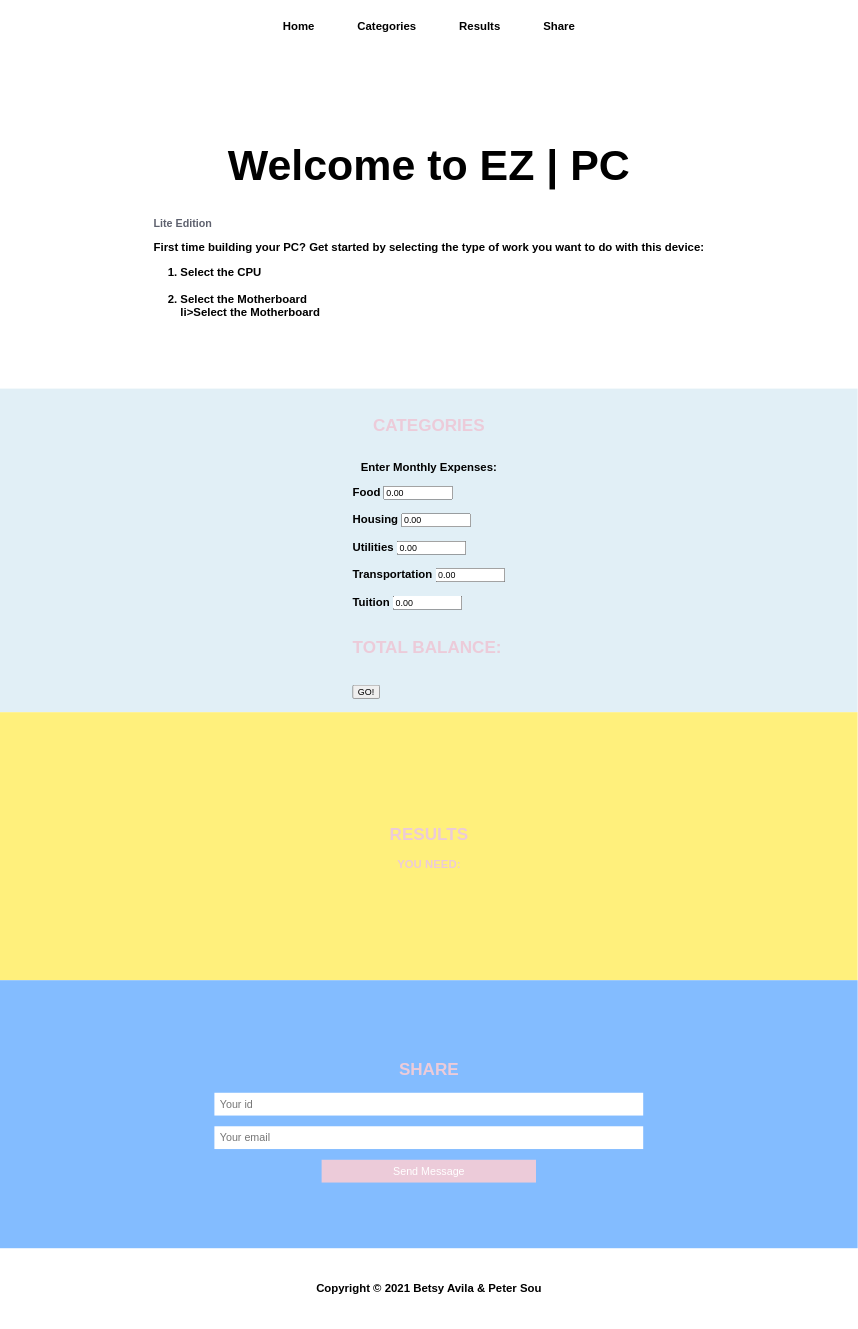
Repository: Peter-Sou/CSE-111-Project-1
Page: http://localhost/
These files come from the project's save history. The page is drawn as it stood at one moment and after a run of saves; the edit follows.
The browser window is 1280 px wide. The pictures show the whole page, at 67% of full size.
Some web fonts or font styles are not loaded; a fallback is used. The page is served by the project's application, run on Django 3.2 (manage.py). Other server files are loaded and not shown.

Above is the page before, as saved 2021-12-07 18:30:27.

### ezPC/EZPCAPP/templates/EZPCAPP/hi.html
{% load static %}
<!DOCTYPE html>
<html lang="en">
<head>
    <meta charset="UTF-8">
    <title>EZ | PC </title>
    <link rel="preconnect" href="https://fonts.gstatic.com">
    <link href="https://fonts.googleapis.com/css2?family=Josefin+Sans:wght@300&display=swap" rel="stylesheet">
    <!--Resposive meta tag to make this webpage page looking good on mobile browser-->
    <meta id="viewport" content="width=device-width, initial-scale=1.0">

    <link rel="shortcut icon" type="image/png" href="assets/favicon.png" />
    <!--Include styles.css file to this webpage-->
    <link rel="stylesheet" href ="{%static 'css/main.css' %}">
    <!--Include script.js file to this webpage-->
    {% comment %} <script type="module" src="script.js"></script> {% endcomment %}
</head>
<body>
    <nav>
		<a href = "#header">Home</a>
		<a href = '#Categories'>Categories</a>
		<a  href = '#Results'>Results</a>
		<a href = "#Share">Share</a>
    </nav>
    <header id = 'header'>
        <div>
            <h1>Welcome to EZ | PC</h1>
            <h3>Lite Edition</h3>
            <p>First time building your PC? Get started by selecting the type of work you want to do with this device: </p>
            <ol>
                <li>Select the CPU</li>
                <br>
                <li>Select the Motherboard</li>
                li>Select the Motherboard</li>
                </ol>
        </div>
        {% comment %} <img src="assets/profile_professional.jpg"> {% endcomment %}
	</header>
    <section id = 'Categories'>
	    <h2>Categories</h2>
		<p><strong>Enter Monthly Expenses:</strong> </p>

		<form>
		    <div>
			    <label for = "food">Food</label>
				<input type="number" id= "Food" min="0.00" step="0.01" max="30000" value="0.00" />
			</div>
			<br>
			<div>
			    <label for = "Housing">Housing</label>
				<input type="number" id="Housing" min="0.00" step="0.01" max="30000" value="0.00" />
			</div>
			<br>
			<div>
			    <label for = "Utilities">Utilities</label>
				<input type="number" id= "Utilities" min="0.00" step="0.01" max="30000" value="0.00" />
			</div>
			<br>
			<div>
			    <label for = "Transportation">Transportation</label>
				<input type="number" id= "Transportation" min="0.00" step="0.01" max="30000" value="0.00" />
			</div>
			<br>
			<div>
			    <label for = "Tuition">Tuition</label>
				<input type="number" id = "Tuition" min="0.00" step="0.01" max="30000" value="0.00" />
			</div>
			<br>
			<div>
			    <h2>Total Balance: </h2>
				<h2 id = "total"></h2>
            </div>
			<br>
            <button onclick = "CalcSum()">GO!</button>
		</form>

		</section>
		<section id = 'Results'>
			<div>
				<h2>Results</h2>
				<p id = "total">You need: </p>
			</div>
		</section>
		<section id = 'Share'>
			<h2>Share</h2>
			<form action = '/survey/checkout' method = 'post' enctype= "multipart/form-data">
				<input type="id" placeholder='Your id' required>
				<input type="email" placeholder='Your email' required>
				<button>Send Message</button>
				<input type='hidden' id='redirecturl' value='thankyou.html'>
				<input type='hidden' id='survey' value='Share'>
			</form>
		</section>

		<main></main>
		<footer id = "foot">
			<div>Copyright © 2021 Betsy Avila & Peter Sou</div>
		</footer>
	</body>

</html>

### ezPC/EZPCAPP/views.py
from django.shortcuts import render
from django.http import HttpResponse
def hi(request):
    return render(request,'EZPCAPP/hi.html')

### ezPC/ezPC/urls.py
"""ezPC URL Configuration

The `urlpatterns` list routes URLs to views. For more information please see:
    https://docs.djangoproject.com/en/3.2/topics/http/urls/
Examples:
Function views
    1. Add an import:  from my_app import views
    2. Add a URL to urlpatterns:  path('', views.home, name='home')
Class-based views
    1. Add an import:  from other_app.views import Home
    2. Add a URL to urlpatterns:  path('', Home.as_view(), name='home')
Including another URLconf
    1. Import the include() function: from django.urls import include, path
    2. Add a URL to urlpatterns:  path('blog/', include('blog.urls'))
"""
from django.contrib import admin
from django.urls import path, include


urlpatterns = [
    path('admin/', admin.site.urls),
    path('', include('EZPCAPP.urls'))
]

### ezPC/EZPCAPP/urls.py

from django.urls import path
from . import views

urlpatterns = [
    path('', views.hi, name="home-page"),
]

### ezPC/EZPCAPP/static/css/main.css
*{
	box-sizing: border-box;
}
html{
	scroll-behavior: smooth;
}

body {
	display:flex;
	flex-direction: column;
	align-items:center;
	justify-content:space-between;

	margin:0;
	padding:0;
	min-height:100vh;

	font-family: 'Josefin Sans', sans-serif;/*link href in the head tag*/
	font-size: 17px;
	font-weight:bold;
}

body > * {
	display: flex;
	align-items: center;
	justify-content:center;

}
nav{
	color: black;
	background-color: white;
	height:80px;
	width: 100%;

	max-width:500px;
	justify-content: space-around;
	flex-wrap: wrap;

	position: sticky;
	top:0;
}
/*select all a elements/tags in nav*/
nav a{
	text-decoration: none;
	color: black;
	margin: 0 12px;

}
nav > a{
	margin: 0 10px;
	color: black;
}

a: hover{
	color:#80ffe8;
}

header {
	color:black;
	background-color: white;
	height:500px;
	width:100%;
}
header h1 {
	font-size: 64px;
	text-align: center;
}

header h2 {
	font-size: 40px;
	margin: 0;
	color: #eccbd9;
	/* Make all of the characters to uppercase*/
	text-transform: uppercase;
}

header h3 {
	font-size: 16px;
	margin: 0;
	color: #5E616E;
	text-align:left;
}

header img {
	max-width: 100%;
	height: auto;
	background-color: #fff;
	border-radius: 100%;
	margin-left: 40px;
}

#Categories{
	color:black;
	background-color:#E1EFF6;
	min-height:400px;
	width:100%;
	padding: 20px 0;
	flex-direction: column;

}

#Categories h2{
	color: #eccbd9;
	text-transform:uppercase;
}

#Results{

	color:black;
	background-color:#fff07c;
	min-height:400px;
	width:100%;
	padding: 20px 0;


	display: flex;
	align-items: center;
	justify-content: center;

}
#Results{
	color: #eccbd9;
	text-transform:uppercase;
}

#Results > div{
	max-width:auto;
	width:100%;
	/* padding: top right bottom left */
	padding: 16px 40px 16px 40px;

	/*a in rgba is the alpha channel that specifies the opacity for a color
	background-color: rgba(0, 0, 0, 0.4);*/
	margin:20px 0;
	/* Define the text color in this div box*/
	text-align: center;

}

#Share{
	color:black;
	background-color:#83bcff;
	min-height:400px;
	padding: 20px 0;
	width:100%;
	flex-direction: column; /*keeps the text in the  middle of the colored square*/
}

#Share h2{
	color: #eccbd9;
	text-transform: uppercase;
}

#Share form{
	max-width:640px;
	width:100%;
	display:flex;
	flex-direction: column;
	align-items:center;
}

#Share form >*{
	font-family: 'Josefin Sans', sans-serif;
}

#Share input{
	width:100%;
	font-size: 16px;
	padding: 8px;
	border: none;
	margin-bottom: 16px;

}

#Share textarea{
	width:100%;
	font-size: 16px;
	padding: 8px;
	border: none;
	margin-bottom: 16px;
	height: 120px;
	resize: none;
}

#Share button{
	width: 50%;
	background-color: #eccbd9;
	color:white;
	padding: 8px 16px;
	font-size: 16px;
	border:none;
	cursor:pointer;

}

footer {
	height: 120px;
	display: flex;
	flex-direction: column;
	align-items: center;
	justify-content: center;

}

footer .links{
	display:flex;
	align-items:center;
	justify-content: space-evenly;
	width:120px;
	margin-bottom:8px;

}

footer .links img{
	max-width:100%;
	height:auto;
}

After the next 3 saves:
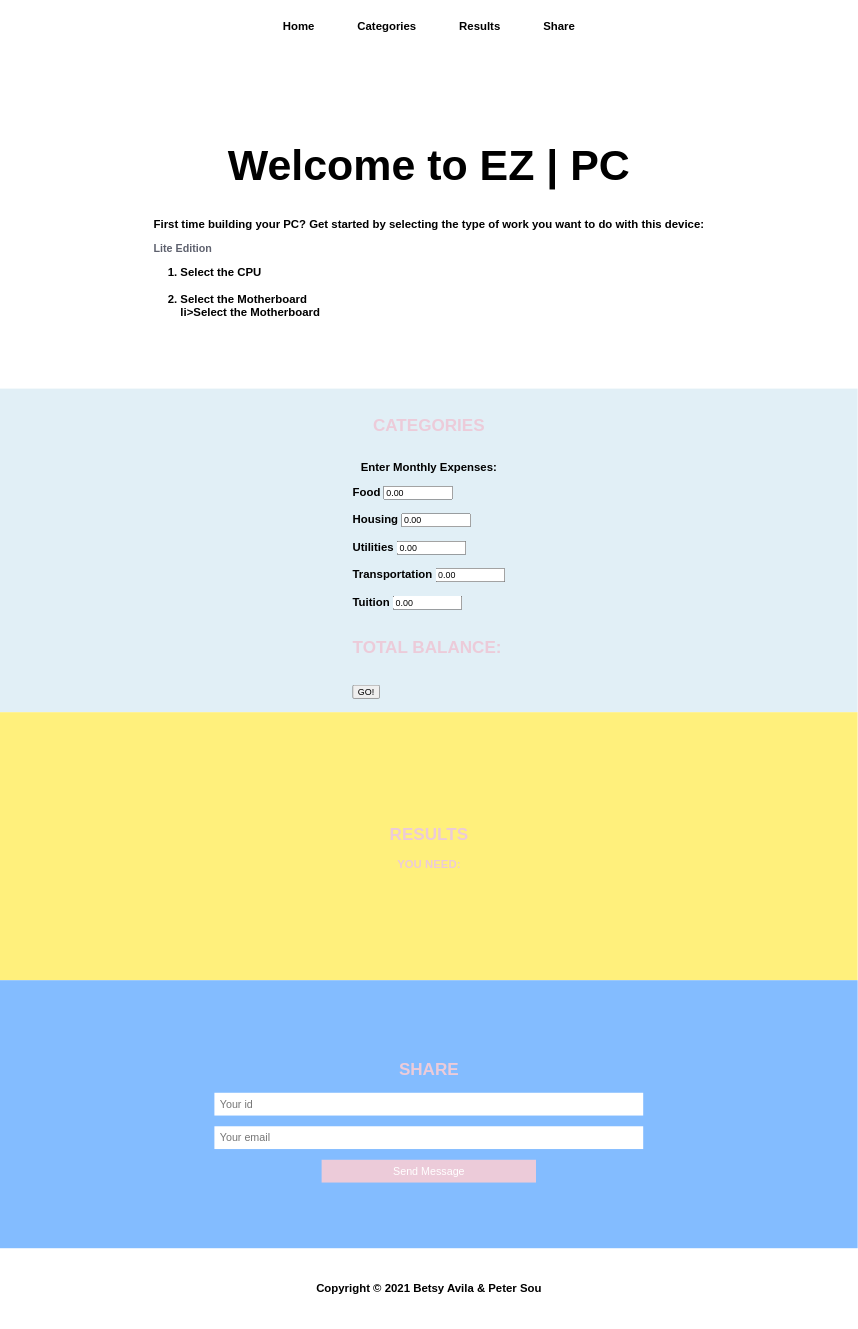
The 3 saves are shown as one change because they came seconds apart.
The last was saved 18 s later.
--- a/ezPC/EZPCAPP/templates/EZPCAPP/hi.html
+++ b/ezPC/EZPCAPP/templates/EZPCAPP/hi.html
@@ -25,8 +25,8 @@
     <header id = 'header'>
         <div>
             <h1>Welcome to EZ | PC</h1>
+            <p>First time building your PC? Get started by selecting the type of work you want to do with this device: </p>
             <h3>Lite Edition</h3>
-            <p>First time building your PC? Get started by selecting the type of work you want to do with this device: </p>
             <ol>
                 <li>Select the CPU</li>
                 <br>
